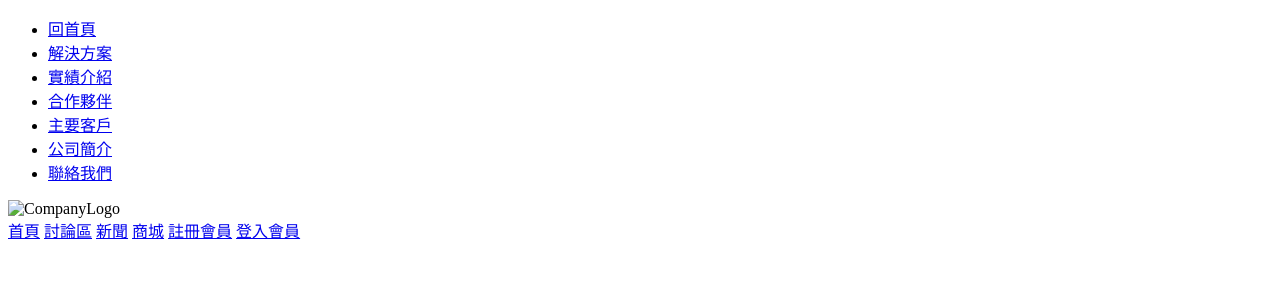
Repository: cctytw2000/Member
Page: http://localhost/Member/
An editor plug-in stored every save of this project. The page is shown before and after the next save, followed by the edit.
The browser window is 1280 px wide. The pictures show the whole page.
The page is served by Tomcat 9.

Above is the page before, as saved 2019-08-30 01:32:38.
Not found: Member/CSS/main.css
Not found: Member/Member/logo.jpg

After the next save:
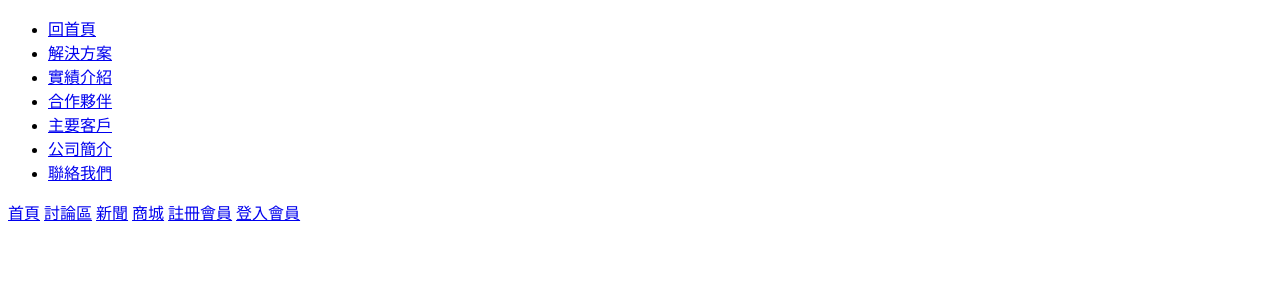
Saved 88 s later.
--- a/Member/WebContent/home.jsp
+++ b/Member/WebContent/home.jsp
@@ -22,7 +22,6 @@
                     <li><a href="#">聯絡我們</a></li>
                 </ul>
             </nav>
-            <img src="logo.jpg" title="CompanyLogo" width="1024">
         </header>
 
 
